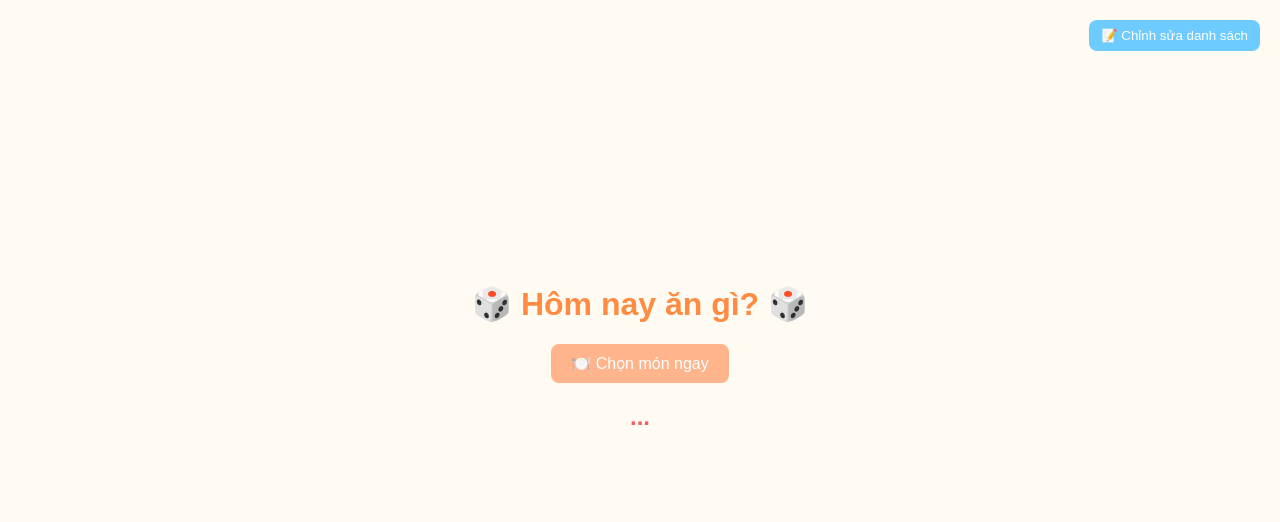
Repository: NT912/What-s-food-today-
Page: index.html
The author's editor kept a copy of each file at every save. The page is drawn from the files as they stood at one save, then again after the next save.
The browser window is 1280 px wide. The pictures show the whole page.

Above is the page before, as saved 2024-12-17 20:45:24.

After the next save:
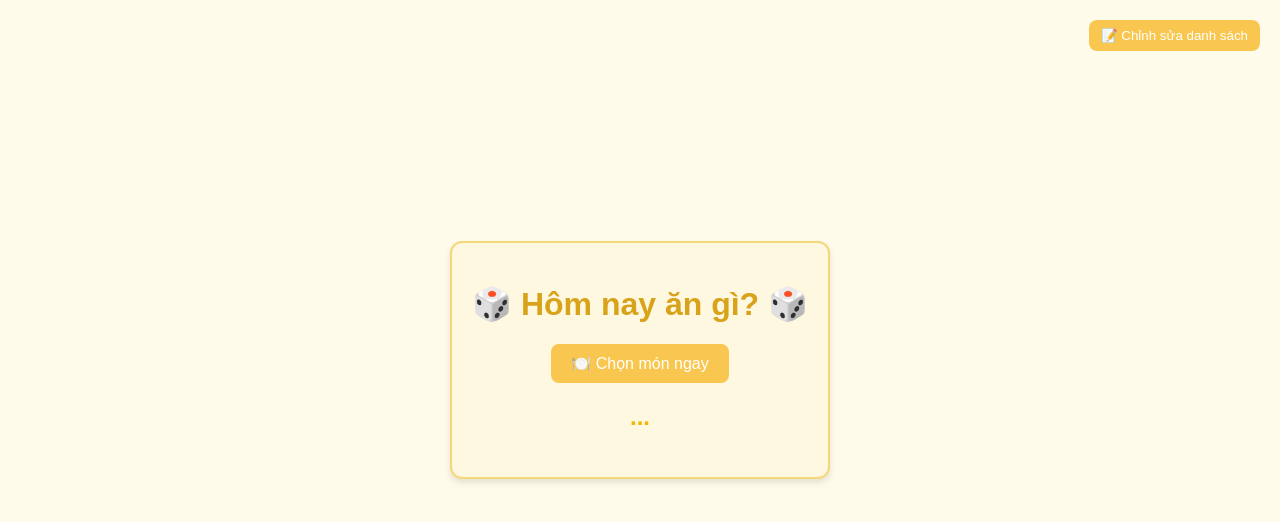
Saved 111 s later.
--- a/style.css
+++ b/style.css
@@ -2,7 +2,7 @@
 body {
   font-family: "Arial", sans-serif;
   margin: 0;
-  background-color: #fffbf2;
+  background-color: #fffbea; /* Nền vàng nhẹ */
   color: #333;
   display: flex;
   justify-content: center;
@@ -12,15 +12,20 @@ body {
 }
 
 h1 {
-  color: #ff8c42;
+  color: #d8a31a; /* Màu vàng đậm hơn */
 }
 
 .container {
   text-align: center;
+  background: #fff8e1; /* Vàng nhẹ */
+  border: 2px solid #f5d77a;
+  padding: 20px;
+  border-radius: 12px;
+  box-shadow: 0 4px 6px rgba(0, 0, 0, 0.1);
 }
 
 #randomBtn {
-  background: #ffb48b;
+  background: #f9c74f; /* Màu vàng cho nút */
   color: #fff;
   border: none;
   padding: 10px 20px;
@@ -32,13 +37,13 @@ h1 {
 
 #randomBtn:hover {
   transform: scale(1.1);
-  background: #ff8c42;
+  background: #f4b400;
 }
 
 #randomFood {
   margin-top: 20px;
   font-size: 24px;
-  color: #f06060;
+  color: #f4b400; /* Màu vàng cho kết quả */
   font-weight: bold;
   height: 30px;
 }
@@ -47,7 +52,7 @@ h1 {
   position: absolute;
   top: 20px;
   right: 20px;
-  background: #6ecbff;
+  background: #f9c74f;
   color: white;
   padding: 8px 12px;
   border: none;
@@ -56,7 +61,7 @@ h1 {
 }
 
 .edit-btn:hover {
-  background: #4aafff;
+  background: #f4b400;
 }
 
 /* Popup Modal */
@@ -67,23 +72,25 @@ h1 {
   left: 0;
   width: 100%;
   height: 100%;
-  background-color: rgba(0, 0, 0, 0.5);
+  background-color: rgba(255, 233, 153, 0.7); /* Vàng mờ nhẹ */
   justify-content: center;
   align-items: center;
+  z-index: 1000;
 }
 
 .popup-content {
-  background: #fffaf0;
+  background: #fff8e1; /* Màu vàng nhẹ */
   padding: 20px;
   border-radius: 12px;
   width: 400px;
   max-height: 80%;
   overflow-y: auto;
   position: relative;
+  border: 2px solid #f5d77a;
 }
 
 .popup-content h2 {
-  color: #ff8c42;
+  color: #d8a31a; /* Vàng đậm hơn */
 }
 
 .close-btn {
@@ -91,6 +98,8 @@ h1 {
   top: 10px;
   right: 10px;
   cursor: pointer;
+  font-size: 20px;
+  color: #f4b400;
 }
 
 ul {
@@ -99,10 +108,11 @@ ul {
 }
 
 li {
-  background: #fff5e4;
+  background: #fff5cc; /* Màu vàng nhạt cho danh sách */
   margin: 5px 0;
   padding: 8px;
   display: flex;
   justify-content: space-between;
   border-radius: 8px;
+  border: 1px solid #f5d77a;
 }
